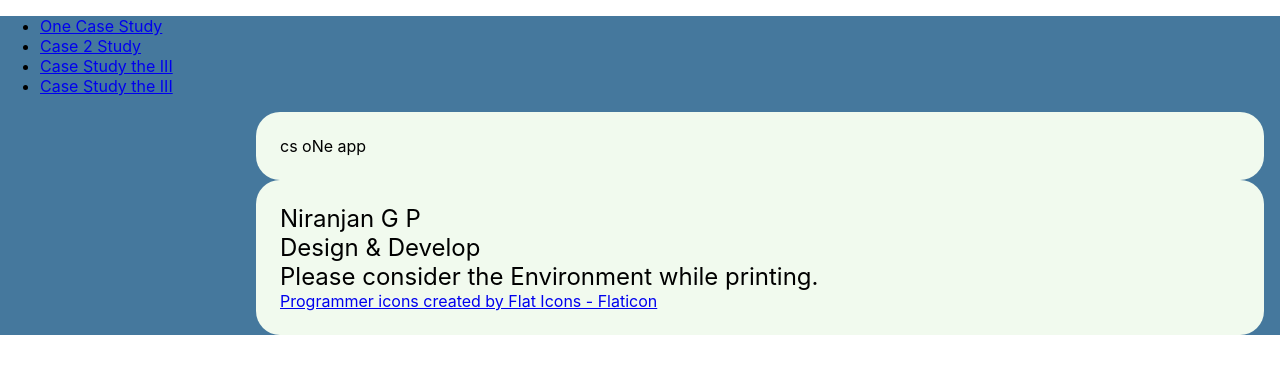
Repository: niranjangp/portfolioReact
Page: /cs-one
The author's editor kept a copy of each file at every save. The page is drawn from the files as they stood at one save, then again after the next save.
The browser window is 1280 px wide. The pictures show the whole page.
The project was rebuilt for these pictures with package versions that can differ from the ones it lists, and the page was loaded fresh each time. Also part of the build but not shown: src/pages/enterDesign.jsx, src/pages/notFound.jsx.

Above is the page before, as saved 2022-01-31 20:07:52.

### public/index.html
<!DOCTYPE html>
<html lang="en">
  <head>
    <meta charset="utf-8" />
    <!--<link rel="icon" href="%PUBLIC_URL%/favicon.ico" />-->
    <meta name="viewport" content="width=device-width, initial-scale=1" />
    <meta name="theme-color" content="#000000" />
    <meta
      name="description"
      content="Web site created using create-react-app"
    />
    <!--<link rel="apple-touch-icon" href="%PUBLIC_URL%/logo192.png" />-->
    <!--
      manifest.json provides metadata used when your web app is installed on a
      user's mobile device or desktop. See https://developers.google.com/web/fundamentals/web-app-manifest/
    -->
    <link rel="manifest" href="%PUBLIC_URL%/manifest.json" />
    <!--
      Notice the use of %PUBLIC_URL% in the tags above.
      It will be replaced with the URL of the `public` folder during the build.
      Only files inside the `public` folder can be referenced from the HTML.

      Unlike "/favicon.ico" or "favicon.ico", "%PUBLIC_URL%/favicon.ico" will
      work correctly both with client-side routing and a non-root public URL.
      Learn how to configure a non-root public URL by running `npm run build`.
    -->
    <title>Portfolio</title>
  </head>
  <body>
    <noscript>You need to enable JavaScript to run this app.</noscript>
    <div id="root"></div>
    <!--
      This HTML file is a template.
      If you open it directly in the browser, you will see an empty page.

      You can add webfonts, meta tags, or analytics to this file.
      The build step will place the bundled scripts into the <body> tag.

      To begin the development, run `npm start` or `yarn start`.
      To create a production bundle, use `npm run build` or `yarn build`.
    -->
  </body>
</html>

### src/index.css
body {
  margin: 0;
  font-family: -apple-system, BlinkMacSystemFont, 'Segoe UI', 'Roboto', 'Oxygen',
    'Ubuntu', 'Cantarell', 'Fira Sans', 'Droid Sans', 'Helvetica Neue',
    sans-serif;
  -webkit-font-smoothing: antialiased;
  -moz-osx-font-smoothing: grayscale;
  box-sizing: border-box;
}

code {
  font-family: source-code-pro, Menlo, Monaco, Consolas, 'Courier New',
    monospace;
}

p {
  margin: 0;
}

### src/App.js
import './App.css';

import { Route, NavLink, Switch, Redirect } from 'react-router-dom';
import EnterTheDesign from './pages/enterDesign';
import CSOne from './pages/csOne';
import NotFound from './pages/notFound';

function App() {
  const flatIconLink = "https://www.flaticon.com/free-icons/programmer";


  return (
    <div className='App'>
      <div className="containerOne">
        <nav className='navigation'>
          <ul>
            <li>
              <NavLink activeClassName="link-sel" to="/cs-one">One Case Study</NavLink>
            </li>
            <li>
              <NavLink activeClassName="link-sel" to="/cs-two">Case 2 Study</NavLink>
            </li>
            <li>
              <NavLink activeClassName="link-sel" to="/cs-three">Case Study the III</NavLink>
            </li>
            <li>
              <NavLink activeClassName="link-sel" to="/cs-three">Case Study the III</NavLink>
            </li>
          </ul>
        </nav>
        <main className='mainOne'>
          <Switch>
            <Route exact path="/" ><Redirect to="/enter-the-design" /></Route>
            <Route path="/enter-the-design" ><EnterTheDesign /></Route>
            <Route exact path="/cs-one" ><CSOne /></Route>

            <Route path="*"><NotFound /></Route>
          </Switch>
          {/*<div className='firstRow'>
            <div className="width-60">
              <p className='fr-info'>NIRANJAN G P, IS A UI DEVELOPER AT DELOITTE USI</p>
            </div>
            <div className="width-40 img-block">
              <img src={avatarIcon} alt="avatar-icon" className='avtr-img' />
            </div>
          </div>
          <div className='sec-row'>
            <p>Hi, this is Niranjan.</p>
            <p>I Joined Deloitte USI as a campus recruit. Since then I've been part of many innovative and high-intensity projects, coordinating between multiple virtual teams to help complete client deliverables.</p>
            <p>I've been part of the FRONT-END community since 2017 and constantly learning and developing UI and gradually having a go at UX design parallely.</p>
            <p>Currently based in Bengaluru, I have a big love for travel and adventure, also keeping in mind to do my bit to conserve the environment.</p>
            <p>Thanks for stopping by.</p>
          </div>*/}

        </main>
        <footer>
          <div className='footer-info'>
            <p>Niranjan G P</p>
            <p>Design & Develop</p>
            <p>Please consider the Environment while printing.</p>
          </div>
          <div>
            <a href={flatIconLink} title="programmer icons">Programmer icons created by Flat Icons - Flaticon</a>
            {/*<a target="_blank" rel="noopener noreferrer" href={avatarLink}>Avatar</a> icon by <a target="_blank" rel="noopener noreferrer" href={icon8link}>Icons8</a>*/}
          </div>
        </footer>
      </div>

    </div>
  );
}

export default App;

### src/App.css
.containerOne {
  background-color: #45789d;
}

.mainOne {
  width: 75%;
  margin-left: 20%;
  background-color: #F1FAEE;
  height: 100%;
  border-radius: 1.5rem;
  padding:24px;
}

.fr-info {
  font-size: 3rem;
  font-family:'Gill Sans', 'Gill Sans MT', Calibri, 'Trebuchet MS', sans-serif;
  padding: 24px;
}

.firstRow {
  display: flex;
  align-items: center;
  margin-bottom: 1.5rem;
}

.width-60 {
  width: 60%;
}

.width-40 {
  width: 40%;
}

.img-block {
  text-align: center;
}

.sec-row {
  background-color: #1d3557;
  color: #f1faee;
  border-radius: 0.75rem;
  padding: 24px;
  font-family: 'Lucida Sans', 'Lucida Sans Regular', 'Lucida Grande', 'Lucida Sans Unicode', Geneva, Verdana, sans-serif;
  font-size: 28px;
}

.centered {
  margin: 3rem auto;
  text-align: center;
  display: flex;
  justify-content: center;
  align-items: center;
}

.linkSel {
  text-decoration: underline;
  font-weight: bold;
}

footer {
  width: 75%;
  margin-left: 20%;
  background-color: #F1FAEE;
  height: 100%;
  border-radius: 1.5rem;
  padding:24px;
}
.footer-info {
  font-size: 1.5rem;
}

/*.containerOne {
  background-color: #F1FAEE;
}
.mainOne {
  background-color: #a8dadc;
  width: 75%;
  margin-left: 20%;
  /-*background-color: #45789d;*-/
  height: 660px;
}

.p1 {
  color: #1d3557;
}
.p2 {
  color: #f1faee;
}*/

/*.App-logo {
  height: 40vmin;
  pointer-events: none;
}

@media (prefers-reduced-motion: no-preference) {
  .App-logo {
    animation: App-logo-spin infinite 20s linear;
  }
}

.App-header {
  background-color: #282c34;
  min-height: 100vh;
  display: flex;
  flex-direction: column;
  align-items: center;
  justify-content: center;
  font-size: calc(10px + 2vmin);
  color: white;
}

.App-link {
  color: #61dafb;
}*/

@keyframes App-logo-spin {
  from {
    transform: rotate(0deg);
  }
  to {
    transform: rotate(360deg);
  }
}

### src/pages/csOne.jsx
import React from 'react';

const csOne = () => {
  return (
  <div>cs oNe app</div>
  )
};

export default csOne;

Loaded but not shown: src/index.js (common file); src/reportWebVitals.js (common file)

After the next save:
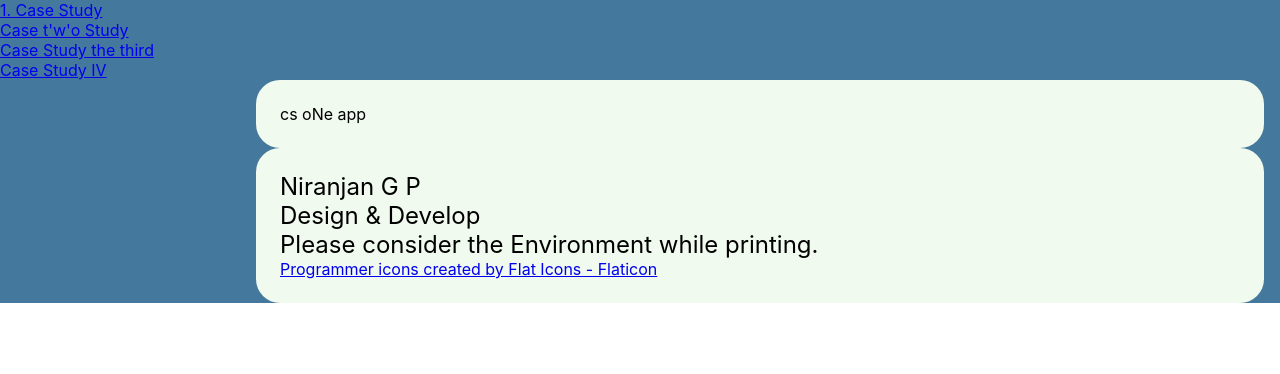
Saved 10 min 55 s later.
--- a/src/App.js
+++ b/src/App.js
@@ -13,20 +13,20 @@ function App() {
     <div className='App'>
       <div className="containerOne">
         <nav className='navigation'>
-          <ul>
-            <li>
-              <NavLink activeClassName="link-sel" to="/cs-one">One Case Study</NavLink>
-            </li>
-            <li>
-              <NavLink activeClassName="link-sel" to="/cs-two">Case 2 Study</NavLink>
-            </li>
-            <li>
-              <NavLink activeClassName="link-sel" to="/cs-three">Case Study the III</NavLink>
-            </li>
-            <li>
-              <NavLink activeClassName="link-sel" to="/cs-three">Case Study the III</NavLink>
-            </li>
-          </ul>
+          <div>
+            <NavLink activeClassName="link-sel" to="/cs-one">1. Case Study</NavLink>
+          </div>
+          <div>
+            <NavLink activeClassName="link-sel" to="/cs-two">Case t'w'o Study</NavLink>
+          </div>
+          <div>
+            <NavLink activeClassName="link-sel" to="/cs-three">Case Study the third</NavLink>
+          </div>
+          <div>
+            <NavLink activeClassName="link-sel" to="/cs-three">Case Study IV</NavLink>
+          </div>
+
+
         </nav>
         <main className='mainOne'>
           <Switch>
